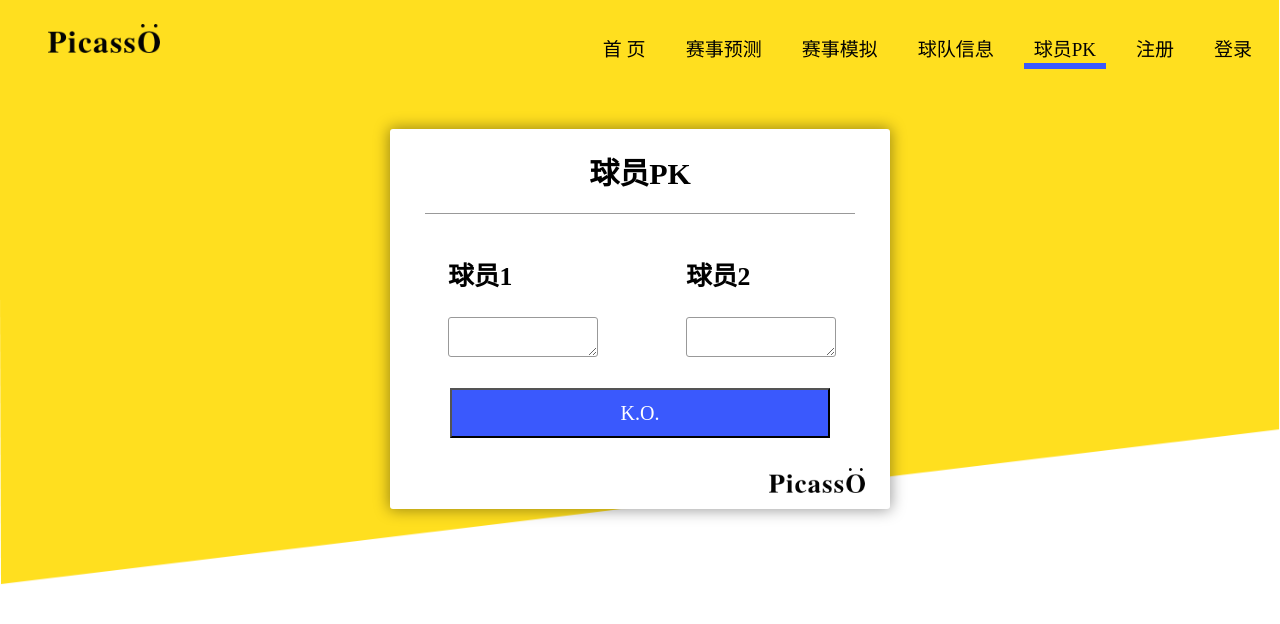
Repository: cciixx/nba-prediction-sys
Page: public/PK_index.html
The author's editor kept a copy of each file at every save. The page is drawn from the files as they stood at one save, then again after the next save.
The browser window is 1280 px wide. The pictures show the whole page.
The page's requests for data from a server got no answer.

Above is the page before, as saved 2020-04-04 15:51:18.

After the next save:
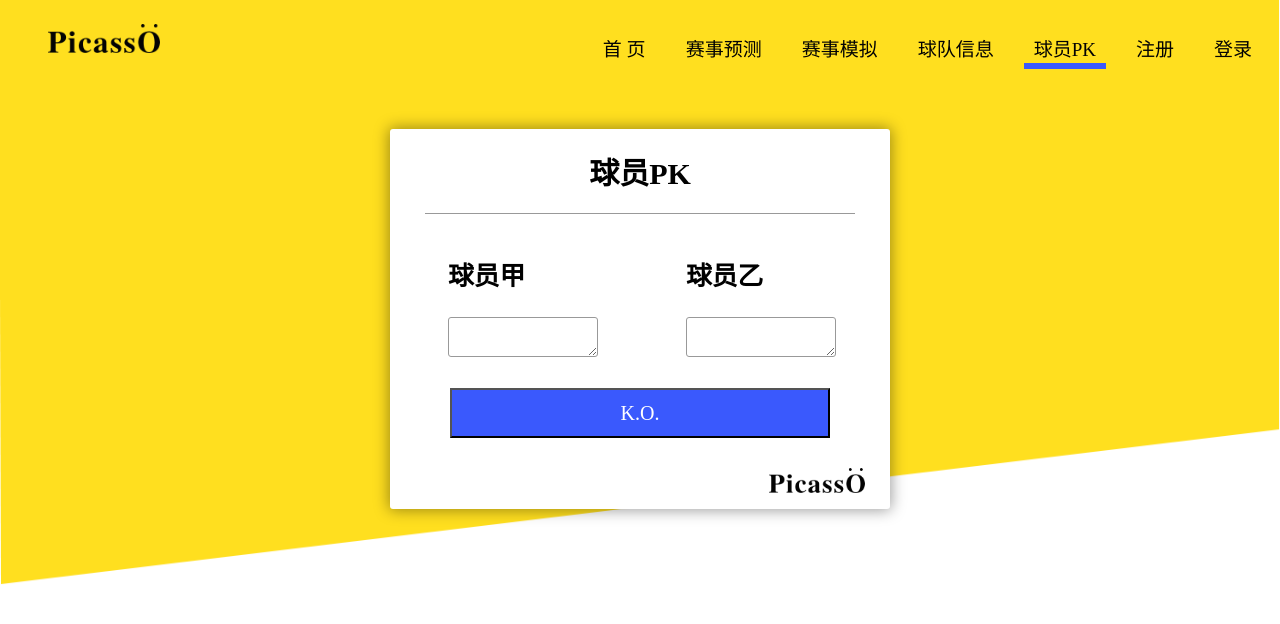
Saved 3 s later.
--- a/public/PK_index.html
+++ b/public/PK_index.html
@@ -30,14 +30,13 @@
         <div class="bg">
             <h2 style="font-size: 30px;">球员PK</h2>
             <div style="overflow: hidden;">
-                <div class='box'><h3>球员1 </h3><textarea></textarea></div>
-                <div class='box'><h3>球员2</h3><textarea></textarea></div>
+                <div class='box'><h3>球员甲</h3><textarea id="p1"></textarea></div>
+                <div class='box'><h3>球员乙</h3><textarea id=“p2></textarea></div>
             </div>
-            <!-- <div style="text-align: center;margin-top: 25px;"><a href="player_PK.html"><input class="btn" type="submit" name="submit" value="K.O."></a></div>
-            <img src="images/logo.png"> -->
-            <div style="text-align: center;"><input class="btn" type="submit" value="K.O." id="PK"></div>
+            <div style="text-align: center;"><input class="btn" type="submit" id="PK" value="K.O."></div>
             <img src="images/logo.png", id="logo_b">
         </div>
     </div>
+
 </body>
 </html>
